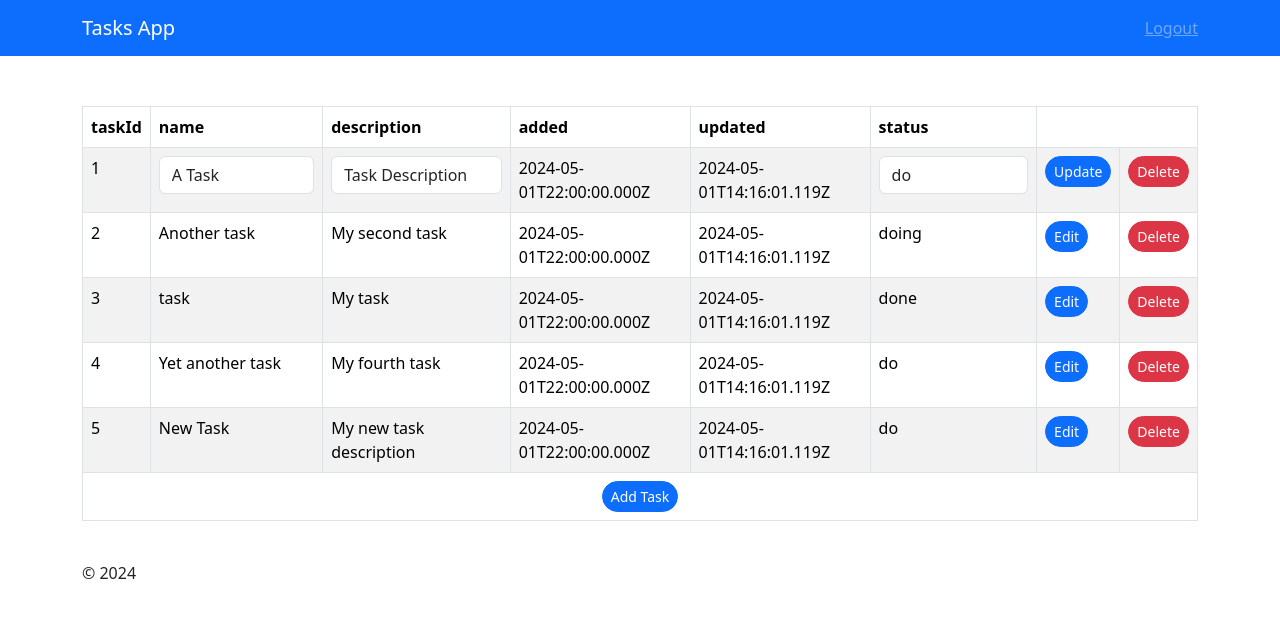
Repository: trider/react-task-manager
Page: /#/tasks, after clicking the first element matching `button.btn`
These files come from the project's save history. The page is drawn as it stood at one moment and after the next save; the edit follows.
The browser window is 1280 px wide. The pictures show the whole page.
The project was rebuilt for these pictures with package versions that can differ from the ones it lists, and the page was loaded fresh each time. Also part of the build but not shown: src/App.css, src/data/_Users.js, src/pages/Login.js.

Above is the page before, as saved 2024-05-07 17:51:38.

### src/App.js
// import logo from './logo.svg';
import './App.css';
import 'bootstrap/dist/css/bootstrap.min.css';
// import { BrowserRouter, Routes, Route } from "react-router-dom";
import {HashRouter as Router, Routes, Route} from "react-router-dom";
import LoginForm from "./pages/Login";
import TaskList from "./pages/Task";

// const path = process.env.REACT_APP_FOR_PATH;

function App() {
  return (
    <div>
      <Router baseline="/">
        <Routes>
          <Route index element={<LoginForm />} />
            <Route path="login" element={<LoginForm />} />
            <Route path="tasks" element={<TaskList />} />
        </Routes>
      </Router>
    </div>
  );
}

export default App;

### src/pages/Task.js
import * as React from 'react';

import { useState } from 'react';

import Table from 'react-bootstrap/Table';
import Container from 'react-bootstrap/Container';
import Button from 'react-bootstrap/Button';
import Form from 'react-bootstrap/Form';

import NavbarComponent from '../components/Navigation';
import Footer from '../components/Footer';

import userTasks from '../data/_Tasks';
import tableCols from '../data/_Cols';




const TaskTable = () => {

  const [tasks, setTasks] = useState(userTasks);
  const [taskName, setTaskName] = useState("A Task");
  const [taskDescription, setTaskDescription] = useState("Task Description");
  const [dateAdded, setDateAdded] = useState(new Date().toISOString());
  const [dateUpdated, setDateUpdated] = useState(new Date().toISOString());
  const [taskStatus, setTaskStatus] = useState("do");
  const [isAdd, setIsAdd] = useState(false);


  const addTask = (task) => {
    setDateAdded(new Date().toISOString());
    setDateUpdated(new Date().toISOString());
    setTaskStatus('do');
    setIsAdd(false);
    setTasks([...tasks, { id: tasks.length + 1, ...task }]);
  }

  const editTask = (task) => {

    setIsAdd(false);
    setTasks(tasks.map((t) => {
      if (tasks.filter((t) => t.isEdit === true).length < 1) {
        if (t.taskId === task.taskId) t.isEdit = !t.isEdit;
      }

      return t
    }));


  }

  const getButton = (task) => {

    if (task.isEdit) {
      return <Button variant="primary rounded-pill" size='sm' onClick={(e) => updateTask(task)}>
        Update
      </Button>
    }
    else {
      return <Button variant="primary rounded-pill" size='sm' onClick={(e) => editTask(task)}>
        Edit
      </Button>
    }

  }

  const updateTask = (task) => {






    setTasks(tasks.map((t) => {
      setTaskName(t.name);
      setTaskDescription(t.description);
      if (t.taskId === task.taskId) {
        t.isEdit = !t.isEdit;
        t.name = taskName;
        t.description = taskDescription;
        t.updated = new Date().toISOString();
        t.status = taskStatus;
      }
      return t;
    }));
    setIsAdd(false);



  }

  const deleteTask = (task) => {
    setTasks(tasks.filter((t) => t.taskId !== task.taskId));
  }

  const getTask = (task, col) => {
    if (task.isEdit) {
      if (col === 'name') {
        return <Form.Control
          type="text"
          value={taskName}
          onChange={(e) => setTaskName(e.target.value)}
        />
      }
      else if (col === 'description') {
        return <Form.Control
          type="text"
          value={taskDescription}
          onChange={(e) => setTaskDescription(e.target.value)}
        />
      }
      else if (col === 'status') {
        return <Form.Control
          type="text"
          value={taskStatus}
          onChange={(e) => setTaskStatus(e.target.value)}
        />
      }
      else {
        return task[col]
      }


    }
    else {
      return task[col]
    }


  }



  const showTableBody = () => {

    if (isAdd) {

      return <tbody>

        <tr>
          <td>
            {tasks.length + 1}
          </td>
          <td>
            <Form.Control
              type="text"
              value={taskName}
              onChange={(e) => setTaskName(e.target.value)}
            />
          </td>
          <td>
            <Form.Control
              type="text"
              value={taskDescription}
              onChange={(e) => setTaskDescription(e.target.value)}

            />
          </td>
          <td>
            {dateAdded}
          </td>
          <td>
            {dateUpdated}
          </td>
          <td>
            do
          </td>

          <td colSpan='2'>
            <div className="d-grid gap-2 d-md-flex justify-content-md-center">

              <Button variant="primary rounded-pill" size='sm' onClick={(e) => addTask({
                name: taskName,
                description: taskDescription,
                user: 'jonnygold',
                status: 'do',
                taskId: tasks.length + 1,
                added: new Date().toISOString(),
                updated: new Date().toISOString(),
                isActive: true,
                isEdit: false
              })}>
                Add
              </Button>
            </div>
          </td>
        </tr>



      </tbody>



    }
    else {
      return <tbody>
        {tasks.map((task) => (
          <tr key={task.id}>
            {tableCols.map((col) => (
              <td key={col}>

                {getTask(task, col)}

              </td>
            ))}

            <td>
              {getButton(task)}
            </td>
            <td>
              <Button variant="danger rounded-pill" size='sm' onClick={(e) => deleteTask(task)}>
                Delete
              </Button>
            </td>
          </tr>
        ))}



        <tr>

          <td colSpan={tableCols.length + 2} style={{ backgroundColor: "white" }}>
            <div className="d-grid gap-2 d-md-flex justify-content-md-center">
              <Button variant="primary rounded-pill" size='sm' onClick={(e) => setIsAdd(!isAdd)}>
                Add Task
              </Button>
            </div>
          </td>
        </tr>
      </tbody>

    }


  }






  return (
    <div >
      <Table striped bordered hover size="lg">
        <thead>
          <tr>
            {tableCols.map((col) => (
              <th key={col}>{col}</th>
            ))}
            <th colSpan={"2"}></th>
          </tr>
        </thead>

        {showTableBody()}

      </Table>




    </div>
  );
}


const TaskList = () => {
  return (
    <div>

      <NavbarComponent />
      <Container style={{ marginTop: "50px" }}>

        <div style={{ marginTop: "50px" }}>
          <TaskTable />
        </div>

      </Container>
      <Footer />
    </div>
  );
}

export default TaskList;

### src/components/Navigation.js
import * as React from 'react';
import Container from 'react-bootstrap/Container';
import Nav from 'react-bootstrap/Nav';
import Navbar from 'react-bootstrap/Navbar';
import {Link as ReactLink} from "react-router-dom";






const NavbarComponent = () => {
  return (
    <Navbar bg="primary" expand="lg" data-bs-theme="dark">
      <Container>
        <Navbar.Brand href="#home">Tasks App</Navbar.Brand>
        <Navbar.Toggle aria-controls="basic-navbar-nav" />
        <Navbar.Collapse id="basic-navbar-nav">
          <Nav className="me-auto" >
          </Nav>

          <div className='Nav'>
            <ReactLink to="/login">Logout</ReactLink>
          </div>
        </Navbar.Collapse>
      </Container>
    </Navbar>
  );
}



export default NavbarComponent;

### src/components/Footer.js
import * as React from 'react';
import Container from 'react-bootstrap/Container';
import Row from 'react-bootstrap/Row';
import Col from 'react-bootstrap/Col';


const Footer = () => {
  return (
    <footer style={{paddingTop:'10%'}} className='class="d-flex flex-wrap justify-content-between align-items-center py-3 my-4 border-top">'>
      <Container >
        <p>&copy; 2024</p>
      </Container>
    </footer>
  );
}

export default Footer;

### src/data/_Tasks.js
const userTasks= [
 {
   id: "6630ab326e723ac1ea6dce7a",
   description: "My first task",
   name: "A task",
   taskId: 1,
   user: "jonnygold",
   added: "2024-05-01T22:00:00.000Z",
   updated: "2024-05-01T14:16:01.119Z",
   status: "do",
   isActive: true,
   isEdit: false
 },
 {
   id: "6630fe5d6e723ac1ea6dce7e",
   description: "My second task",
   name: "Another task",
   taskId: 2,
   user: "jonnygold",
   added: "2024-05-01T22:00:00.000Z",
   updated:"2024-05-01T14:16:01.119Z",
   status: "doing",
   isActive: true,
   isEdit: false
 },
 {
   id: "6630fe826e723ac1ea6dce7f",
   description: "My task",
   name: "task",
   taskId: 3,
   user: "jonnygold",
   added: "2024-05-01T22:00:00.000Z",
   updated:"2024-05-01T14:16:01.119Z",
   status: "done",
   isActive: true,
   isEdit: false
 },
 {
   id: "6631f17cc4c9b7f5ab3c28c3",
   name: "Yet another task",
   description: "My fourth task",
   user: "jonnygold",
   taskId: 4,
   added: "2024-05-01T22:00:00.000Z",
   updated:"2024-05-01T14:16:01.119Z",
   isActive: true,
   status: "do",
   isEdit: false

 },
 {
   id: "66323f0d54b80929f84ebdd2",
   user: "jonnygold",
   name: "New Task",
   description: "My new task description",
   status: "do",
   taskId: 5,
   added: "2024-05-01T22:00:00.000Z",
   updated:"2024-05-01T14:16:01.119Z",
   isActive: true,
   isEdit: false
 }

]

export default userTasks

### src/data/_Cols.js
const tableCols = [
 'taskId',
 'name',
 'description',
 'added',
 'updated',
 'status',
];

export default tableCols

Loaded but not shown: public/index.html (common file); src/index.js (common file); src/index.css (common file); src/reportWebVitals.js (common file)

After the next save:
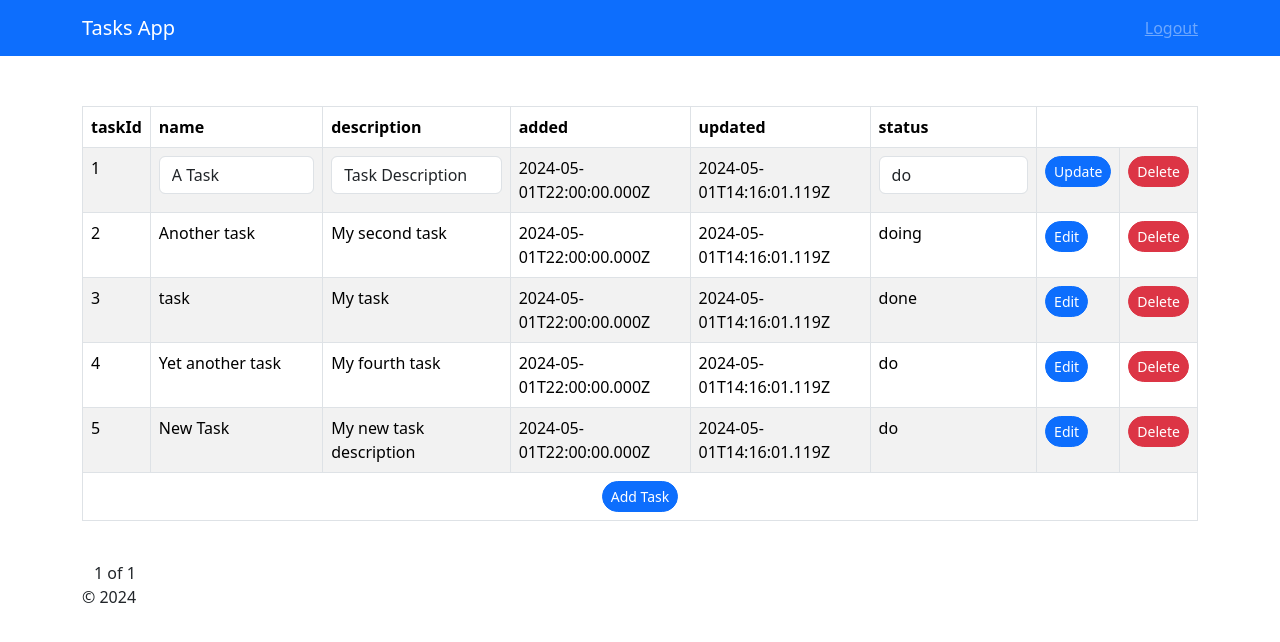
Saved 8 s later.
--- a/src/components/Footer.js
+++ b/src/components/Footer.js
@@ -8,6 +8,11 @@ const Footer = () => {
   return (
     <footer style={{paddingTop:'10%'}} className='class="d-flex flex-wrap justify-content-between align-items-center py-3 my-4 border-top">'>
       <Container >
+      <Container>
+      <Row>
+        <Col>1 of 1</Col>
+      </Row>
+    </Container>
         <p>&copy; 2024</p>
       </Container>
     </footer>
